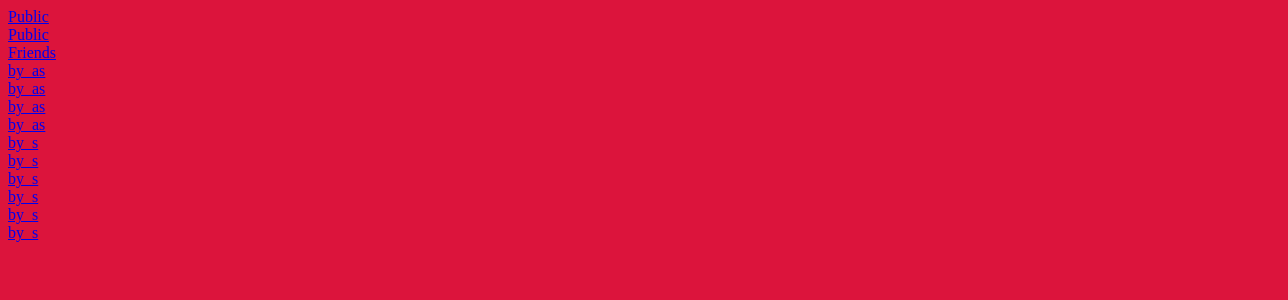
Repository: KHANas02/live-stream
Page: blog.html
These files come from the project's save history. The page is drawn as it stood at one moment and after a run of saves; the edit follows.
The browser window is 1280 px wide. The page is 1288 px wide, so the pictures cover 1288 px, including what lies to the right of the window. The pictures show the whole page.

Above is the page before, as saved 2024-03-25 08:29:15.

After the next 2 saves:
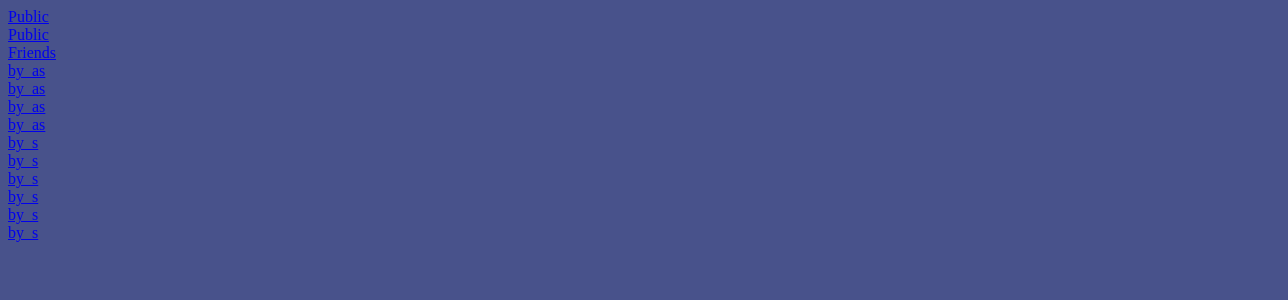
The 2 saves are shown as one change because they came seconds apart.
The last was saved 21 s later.
--- a/blog.html
+++ b/blog.html
@@ -12,7 +12,7 @@
         width:100%;
         /* background-image: url(https://i.pinimg.com/236x/05/e4/c2/05e4c271ef0f55e9e5918d2ca3c4194e.jpg);
     background-repeat: no-repeat;    */
-background-color: crimson;
+background-color: rgb(72, 82, 139);
 
 }
     </style>
